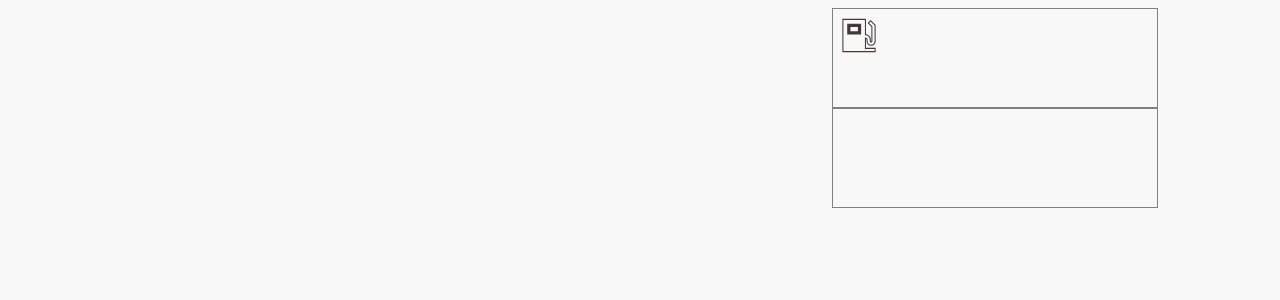
Repository: Armstrong2035/hng-project-two
Page: /cart (app in timbu-store/)
The author's editor kept a copy of each file at every save. The page is drawn from the files as they stood at one save, then again after the next save.
The browser window is 1280 px wide. The pictures show the whole page.
The project was rebuilt for these pictures with package versions that can differ from the ones it lists, and the page was loaded fresh each time. The framework's server and built-in components were replaced by stand-ins that run in the browser. Also part of the build but not shown: timbu-store/next.config.mjs.

Above is the page before, as saved 2024-07-08 23:22:34.

After the next save:
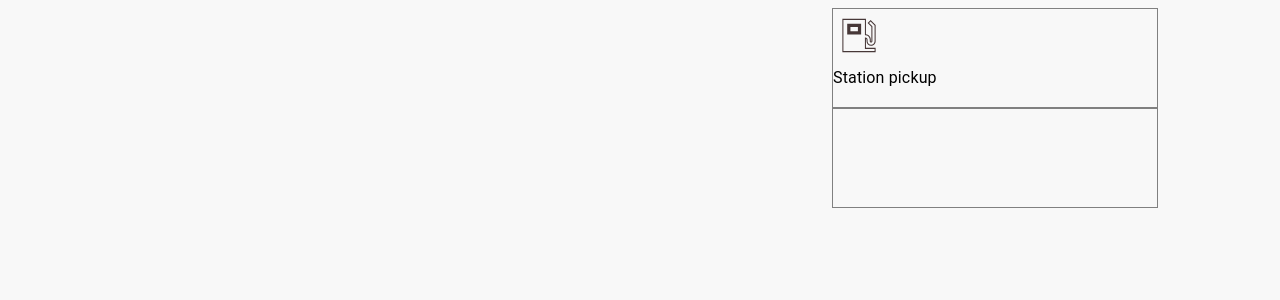
Saved 63 s later.
--- a/timbu-store/components/checkout/cart/CartPage.js
+++ b/timbu-store/components/checkout/cart/CartPage.js
@@ -34,6 +34,7 @@ export default function CartPage() {
                 }}
               >
                 <Image src={stationPickup} />
+                <Typography>Station pickup</Typography>
               </Box>
 
               <Box
